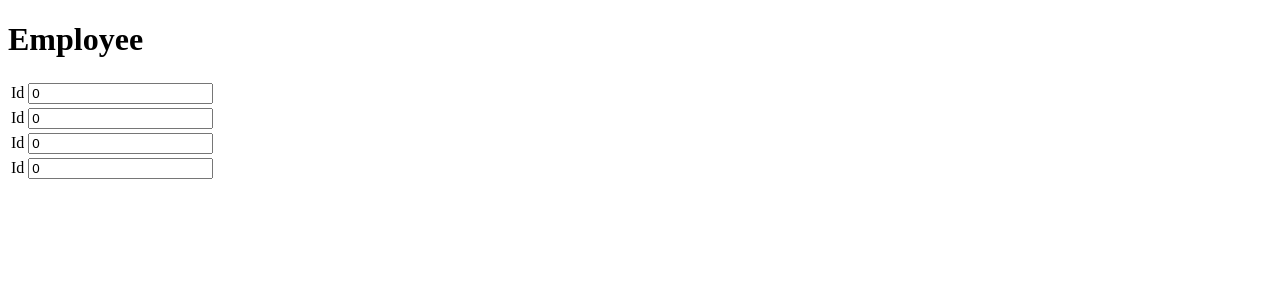
Repository: kubon9xhd/SpringMVC
Page: http://localhost/spring-excercise-6/insert
The author's editor kept a copy of each file at every save. The page is drawn from the files as they stood at one save, then again after the next save.
The browser window is 1280 px wide. The pictures show the whole page.
The page is served by Tomcat 9. Other server files are loaded and not shown.

Above is the page before, as saved 2021-06-06 15:10:49.

### spring-excercise-6/src/main/webapp/WEB-INF/views/employee/insert.jsp
<%@taglib uri="http://www.springframework.org/tags/form" prefix="form"%>
<%@ page language="java" contentType="text/html; charset=UTF-8"
	pageEncoding="UTF-8"%>
<!DOCTYPE html>
<html>
<head>
<meta charset="UTF-8">
<title>Insert title here</title>
</head>
<body>
	<h1>Employee</h1>
	<form:form action="show" method="post" modelAttribute="employee">
		<table>
			<tr>
				<td><form:label path="id">Id</form:label></td>
				<td><form:input path="id" /></td>
			</tr>
			<tr>
				<td><form:label path="id">Id</form:label></td>
				<td><form:input path="id" /></td>
			</tr>
			<tr>
				<td><form:label path="id">Id</form:label></td>
				<td><form:input path="id" /></td>
			</tr>
			<tr>
				<td><form:label path="id">Id</form:label></td>
				<td><form:input path="id" /></td>
			</tr>
		</table>
	</form:form>
</body>
</html>

After the next save:
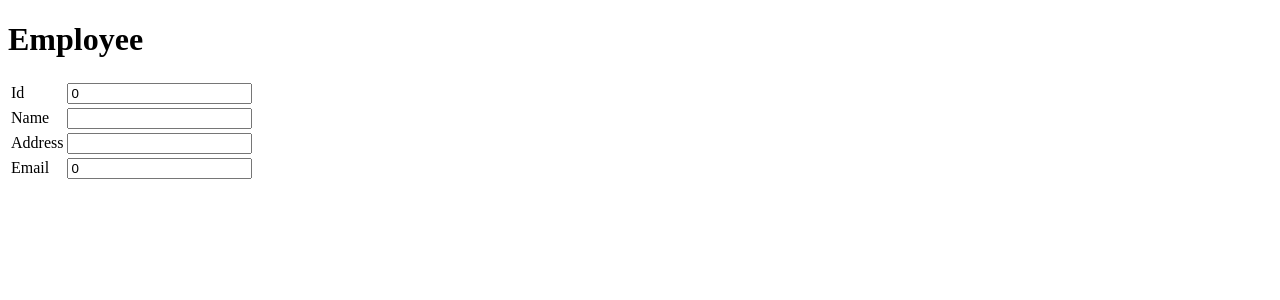
Saved 56 s later.
--- a/spring-excercise-6/src/main/webapp/WEB-INF/views/employee/insert.jsp
+++ b/spring-excercise-6/src/main/webapp/WEB-INF/views/employee/insert.jsp
@@ -16,16 +16,16 @@
 				<td><form:input path="id" /></td>
 			</tr>
 			<tr>
-				<td><form:label path="id">Id</form:label></td>
-				<td><form:input path="id" /></td>
+				<td><form:label path="name">Name</form:label></td>
+				<td><form:input path="name" /></td>
 			</tr>
 			<tr>
-				<td><form:label path="id">Id</form:label></td>
-				<td><form:input path="id" /></td>
+				<td><form:label path="address">Address</form:label></td>
+				<td><form:input path="address" /></td>
 			</tr>
 			<tr>
-				<td><form:label path="id">Id</form:label></td>
-				<td><form:input path="id" /></td>
+				<td><form:label path="email">Email</form:label></td>
+				<td><form:input type="email" path="id" /></td>
 			</tr>
 		</table>
 	</form:form>
